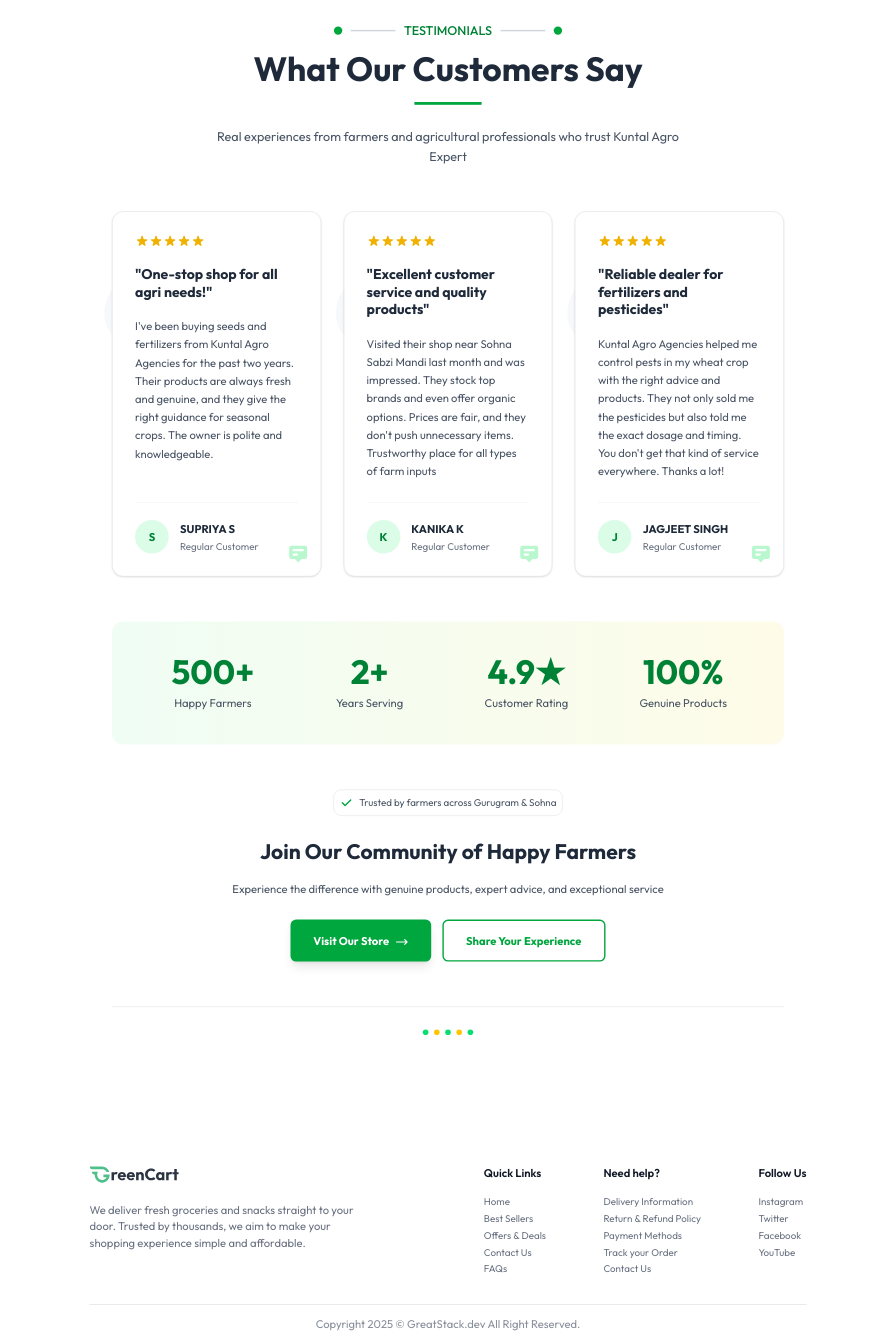
Repository: deepak445566/agro
Page: / (app in client/)
The author's editor kept a copy of each file at every save. The page is drawn from the files as they stood at one save, then again after the next save.
The browser window is 1280 px wide. The pictures show the part of the page from y = 1614 to 3534 px (the page is 3534 px tall before and 3224 px after), at 70% of full size.
The page's requests for data from a server got no answer. Some web fonts or font styles are not loaded; a fallback is used. The project was rebuilt for these pictures with package versions that can differ from the ones it lists, and the page was loaded fresh each time. No one was signed in, and anything a server would have sent is missing. Also part of the build but not shown: client/vite.config.js, client/src/components/ProductCard.jsx, client/src/components/BottomBanner.jsx, client/src/components/NewsLetter.jsx, client/src/components/Login.jsx, client/src/pages/AllProduct.jsx, client/src/pages/Productcato.jsx, client/src/pages/ProductDetail.jsx and 9 more.

Above is the page before, as saved 2025-12-14 14:53:55.

After the next save:
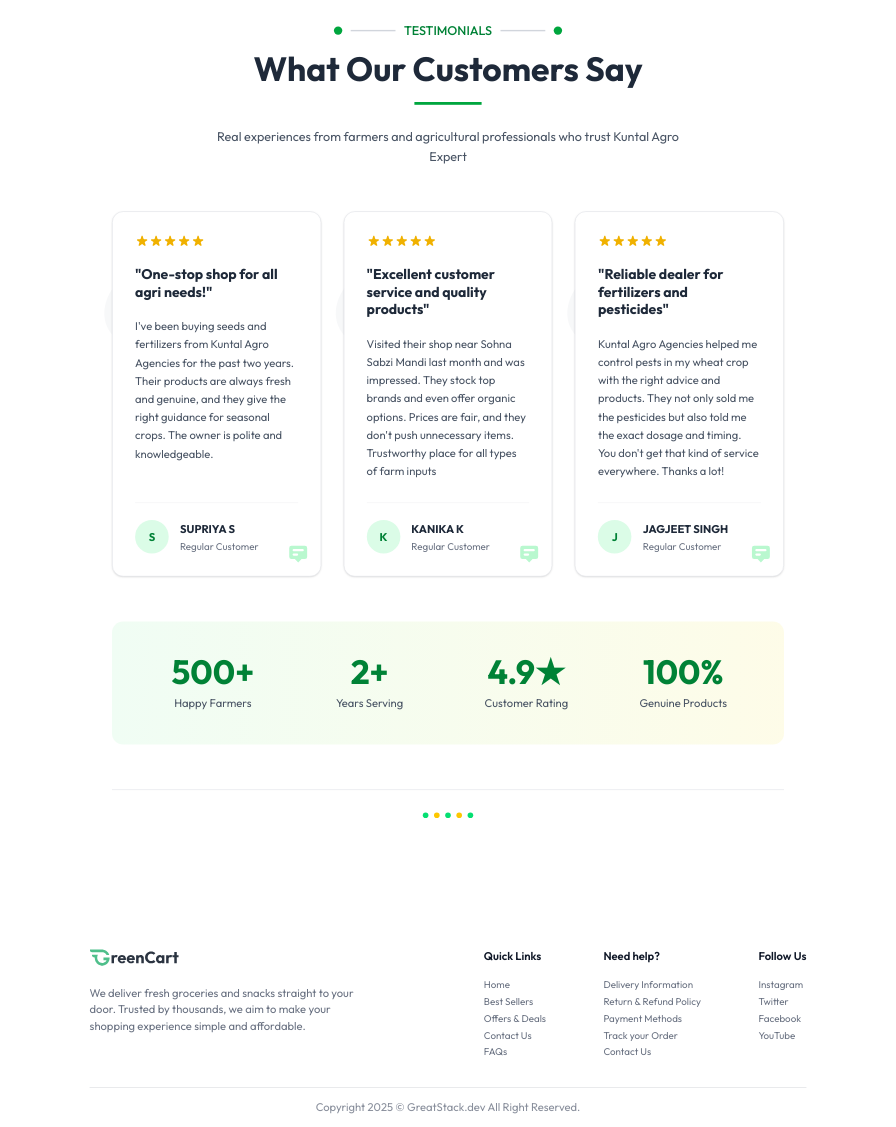
Saved 26 s later.
--- a/client/src/components/Reviews.jsx
+++ b/client/src/components/Reviews.jsx
@@ -148,37 +148,7 @@
           </div>
         </div>
 
-        {/* CTA Section */}
-        <div className="text-center">
-          <div className="inline-block bg-white border border-gray-200 rounded-xl p-2 mb-8">
-            <div className="flex items-center text-sm text-gray-600">
-              <svg className="w-5 h-5 text-green-600 mr-2" fill="currentColor" viewBox="0 0 20 20">
-                <path fillRule="evenodd" d="M16.707 5.293a1 1 0 010 1.414l-8 8a1 1 0 01-1.414 0l-4-4a1 1 0 011.414-1.414L8 12.586l7.293-7.293a1 1 0 011.414 0z" clipRule="evenodd" />
-              </svg>
-              Trusted by farmers across Gurugram & Sohna
-            </div>
-          </div>
 
-          <h2 className="text-3xl font-bold text-gray-800 mb-6">
-            Join Our Community of Happy Farmers
-          </h2>
-
-          <p className="text-gray-600 mb-8 max-w-2xl mx-auto">
-            Experience the difference with genuine products, expert advice, and exceptional service
-          </p>
-
-          <div className="flex flex-col sm:flex-row gap-4 justify-center">
-            <button className="px-8 py-4 bg-green-600 hover:bg-green-700 text-white font-bold rounded-lg transition duration-300 transform hover:scale-105 shadow-lg">
-              Visit Our Store
-              <svg className="w-5 h-5 inline ml-2" fill="none" stroke="currentColor" viewBox="0 0 24 24">
-                <path strokeLinecap="round" strokeLinejoin="round" strokeWidth={2} d="M17 8l4 4m0 0l-4 4m4-4H3" />
-              </svg>
-            </button>
-            <button className="px-8 py-4 bg-white border-2 border-green-600 text-green-600 hover:bg-green-50 font-bold rounded-lg transition duration-300 transform hover:scale-105">
-              Share Your Experience
-            </button>
-          </div>
-        </div>
 
         {/* Decorative Bottom Border */}
         <div className="mt-16 pt-8 border-t border-gray-200">
